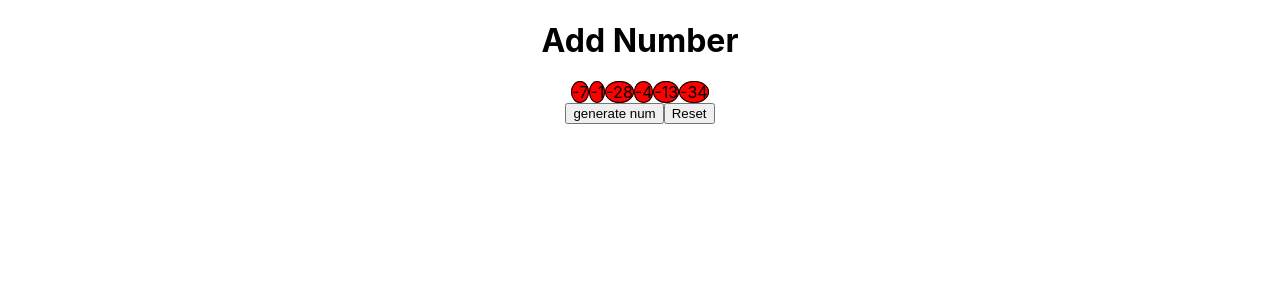
Repository: FbW-E01/spa-components-lotto-gronger
Page: / (app in hello/), after clicking the first element matching `button`
These files come from the project's save history. The page is drawn as it stood at one moment and after a run of saves; the edit follows.
The browser window is 1280 px wide. The pictures show the whole page.
The project was rebuilt for these pictures with package versions that can differ from the ones it lists, and the page was loaded fresh each time.

Above is the page before, as saved 2021-07-07 15:00:35.

### hello/src/App.js
import logo from './logo.svg';
import './App.css';
import Component1 from './components/component1';


function App() {
  return (
    <div className="App">
      <Component1/>
    </div>
  );
}

export default App;

### hello/src/App.css
.App {
  text-align: center;
}

.App-logo {
  height: 40vmin;
  pointer-events: none;
}

@media (prefers-reduced-motion: no-preference) {
  .App-logo {
    animation: App-logo-spin infinite 20s linear;
  }
}

.App-header {
  background-color: #282c34;
  min-height: 100vh;
  display: flex;
  flex-direction: column;
  align-items: center;
  justify-content: center;
  font-size: calc(10px + 2vmin);
  color: white;
}

.App-link {
  color: #61dafb;
}



@keyframes App-logo-spin {
  from {
    transform: rotate(0deg);
  }
  to {
    transform: rotate(360deg);
  }
}

.box {
  border: 1px solid black;
  background-color: red;
  border-radius: 50%;
}

### hello/src/components/component1.jsx
import React, { Component, createElement } from 'react'

function getRandomNumber(min,max){
    min =Math.ceil(min)
    max = Math.floor(max)
    return Math.floor(Math.random()*(min - max+1) + min)
}


export default class Component1 extends Component {
    constructor() {
        super();
        this.state = {
            numbers:[]
        };
    }

    getLuckyNumber = () => {
        let numsCount = 6
        const numbers = []

        while (numsCount) {
            let newNumber =getRandomNumber(1,49)

        while (numbers.indexOf(newNumber) !== -1) {
             newNumber =getRandomNumber(1,49)
        }

        numbers.push(newNumber)
        numsCount--;

        }
        this.setState({numbers})
    }

    resetFunction = () => {
        this.setState({numbers: []})
    }

    render() {
        return (
            <div>
               <h1>Add Number</h1>
                <h3>{this.state.num}</h3>
                <div>
                    {this.state.numbers.map(result => {
                        return (
                            <span className="box">{result}</span>
                        )
                    })}
                </div>
                <button onClick={this.getLuckyNumber}>
                    generate num

                </button>
                <button onClick={this.resetFunction}>Reset</button>
            </div>
        )
    }
}



//used rcc for this

Loaded but not shown: hello/public/index.html (common file); hello/src/index.js (common file); hello/src/index.css (common file); hello/src/reportWebVitals.js (common file)

After the next 2 saves:
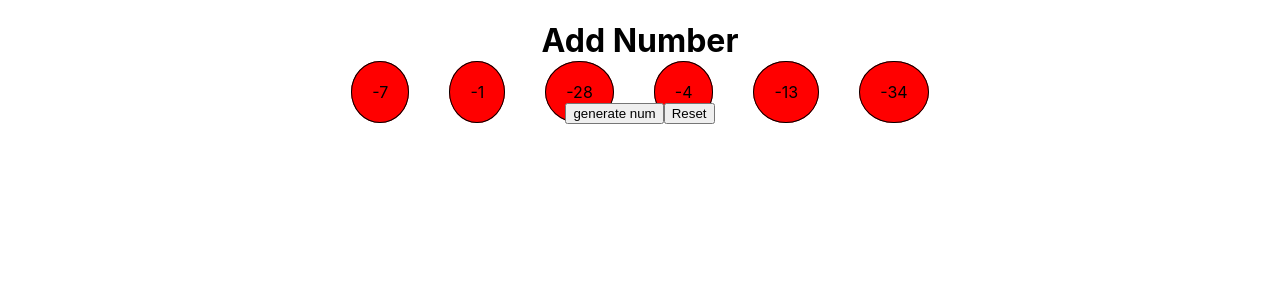
The 2 saves are shown as one change because they came seconds apart.
The last was saved 8 s later.
--- a/hello/src/App.css
+++ b/hello/src/App.css
@@ -43,4 +43,6 @@
   border: 1px solid black;
   background-color: red;
   border-radius: 50%;
+  padding: 20px;
+  margin: 20px;
 }
